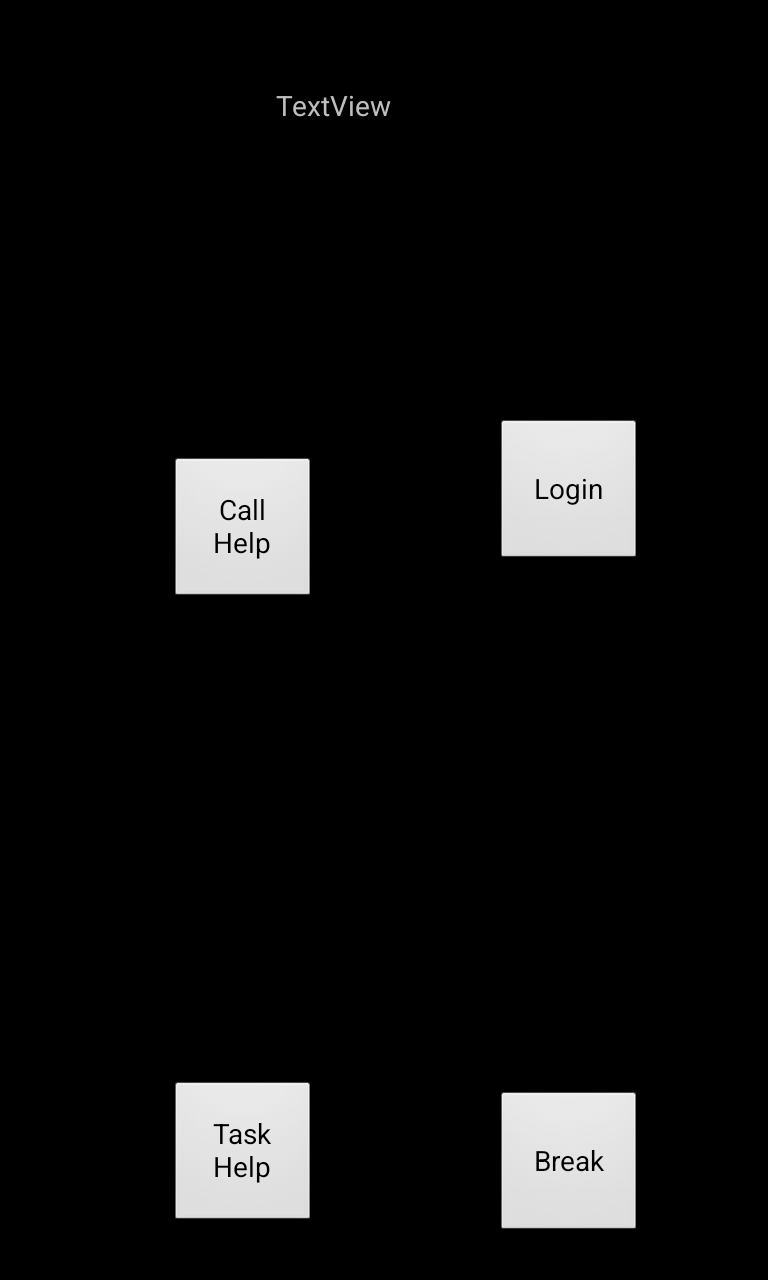
Repository: Crimson-Coders/project_java
Layout: appdev/Task_Tree_Activity/res/layout/main.xml
An editor plug-in stored every save of this project. The layout is shown before and after the next save, followed by the edit.
It is drawn on a 768 x 1280 px phone screen (xhdpi) without system bars, with theme android:Theme; the app's code is not run.

Above is the layout before, as saved 2011-10-19 18:21:42.

### appdev/Task_Tree_Activity/res/layout/main.xml

    <RelativeLayout xmlns:android="http://schemas.android.com/apk/res/android"
        android:id="@+id/relativeLayout1"
        android:layout_width="fill_parent"
        android:layout_height="fill_parent"
        android:gravity="center_horizontal" >

        <Button
            android:id="@+id/taskHelp"
            android:layout_width="150px"
            android:layout_height="150px"
            android:layout_alignParentBottom="true"
            android:layout_alignParentLeft="true"
            android:layout_marginBottom="25dp"
            android:layout_marginLeft="38dp"
            android:text="Task Help" />

        <TextView
            android:id="@+id/textView1"
            android:layout_width="400px"
            android:layout_height="300px"
            android:layout_alignParentTop="true"
            android:layout_centerHorizontal="true"
            android:layout_marginTop="43dp"
            android:text="TextView" />

        <Button
            android:id="@+id/login"
            android:layout_width="150px"
            android:layout_height="150px"
            android:layout_alignRight="@+id/textView1"
            android:layout_below="@+id/textView1"
            android:layout_marginRight="16dp"
            android:layout_marginTop="16dp"
            android:text="Login"/>

        <Button
            android:id="@+id/callHelp"
            android:layout_width="150px"
            android:layout_height="150px"
            android:layout_alignBaseline="@+id/login"
            android:layout_alignBottom="@+id/login"
            android:layout_alignLeft="@+id/taskHelp"
            android:text="Call Help" />

        <Button
            android:id="@+id/breakButton"
            android:layout_width="150px"
            android:layout_height="150px"
            android:layout_alignBaseline="@+id/taskHelp"
            android:layout_alignBottom="@+id/taskHelp"
            android:layout_alignLeft="@+id/login"
            android:text="Break"/>

    </RelativeLayout>

After the next save:
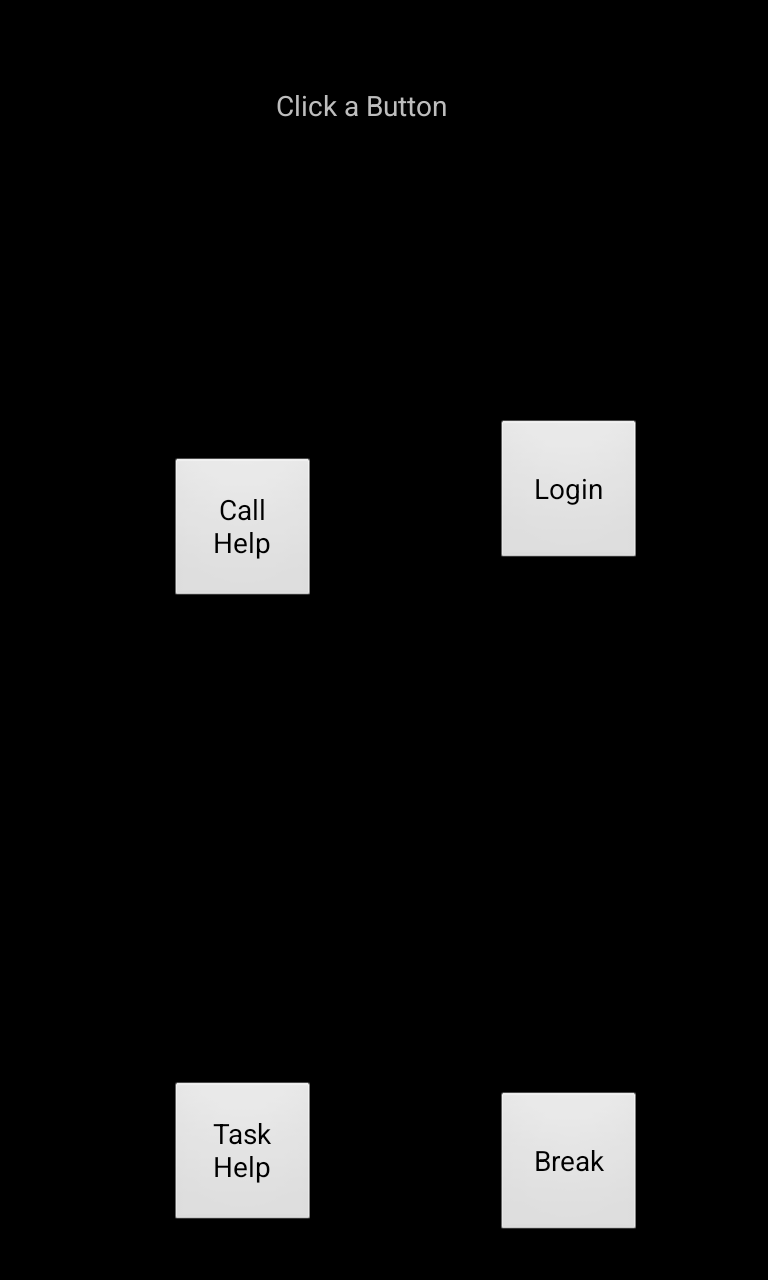
Saved 23 s later.
--- a/appdev/Task_Tree_Activity/res/layout/main.xml
+++ b/appdev/Task_Tree_Activity/res/layout/main.xml
@@ -22,7 +22,7 @@
             android:layout_alignParentTop="true"
             android:layout_centerHorizontal="true"
             android:layout_marginTop="43dp"
-            android:text="TextView" />
+            android:text="Click a Button" />
 
         <Button
             android:id="@+id/login"
